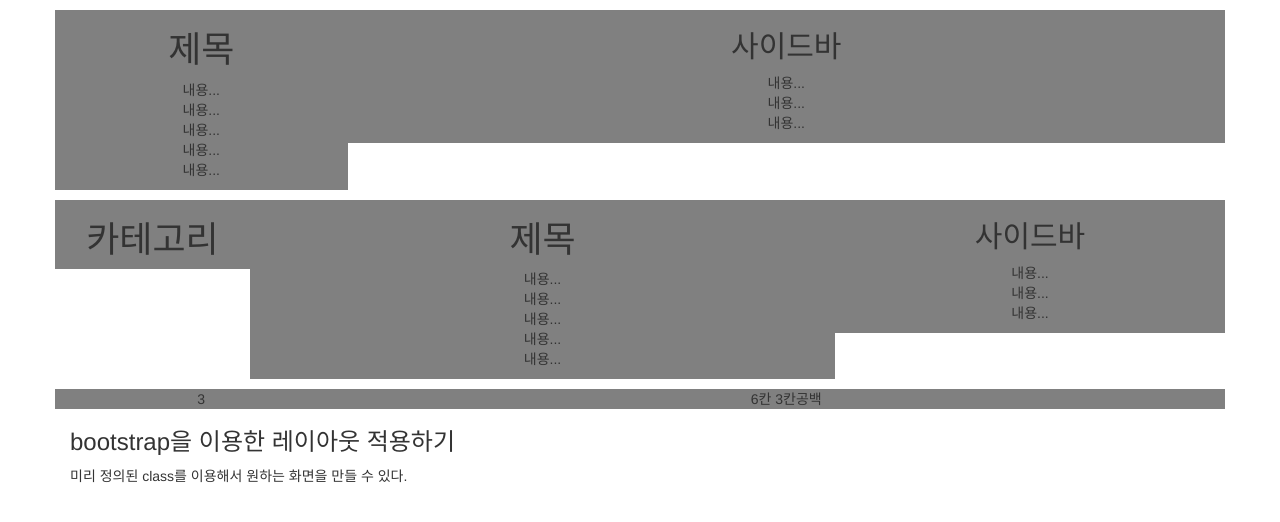
Repository: sonic247897/multicampus-web
Page: clientweb/WebContent/bootstrap/layout02.html
These files come from the project's save history. The page is drawn as it stood at one moment and after the next save; the edit follows.
The browser window is 1280 px wide. The pictures show the whole page.

Above is the page before, as saved 2020-01-06 06:11:09.

After the next save:
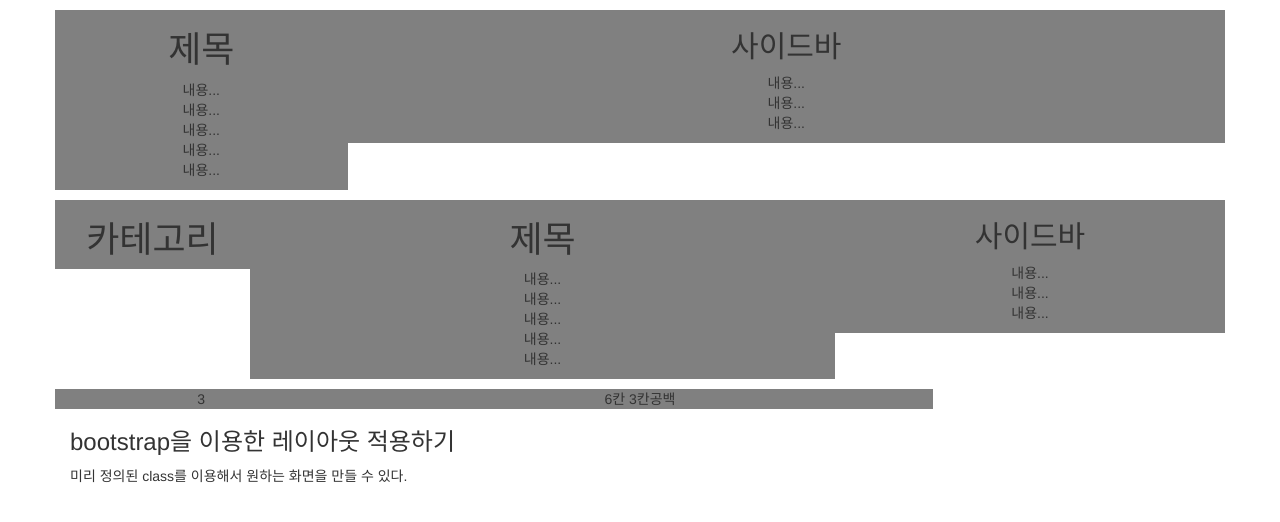
Saved 4 s later.
--- a/clientweb/WebContent/bootstrap/layout02.html
+++ b/clientweb/WebContent/bootstrap/layout02.html
@@ -64,7 +64,7 @@
 
 	    <div class = "row">
 	    	<div class = "col-sm-3">3</div>
-	    	<div class = "col-sm-3-3">6칸 3칸공백</div>
+	    	<div class = "col-sm-6">6칸 3칸공백</div>
 	    </div>
 
 	    <div>
